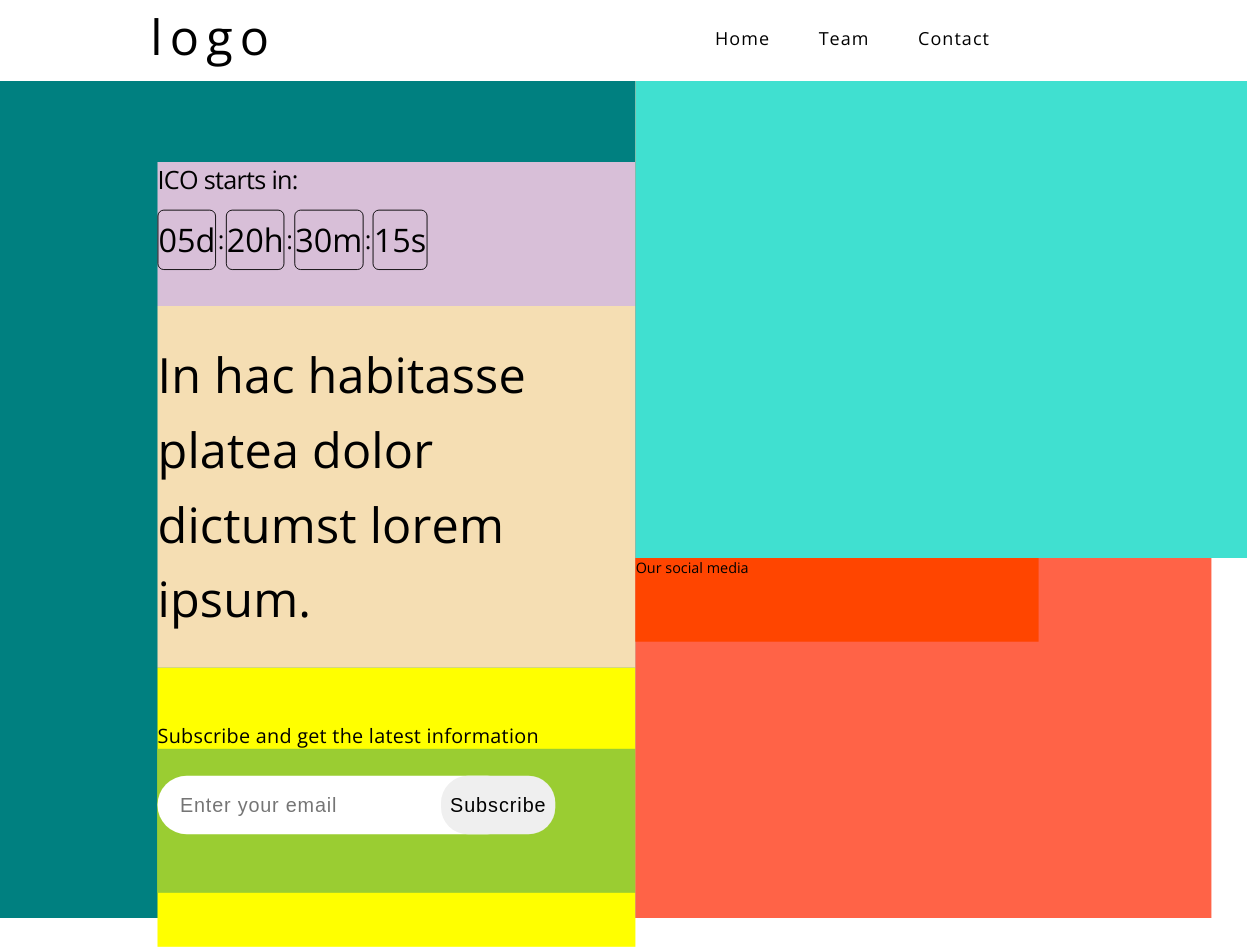
Repository: McGregorSt/newOne
Page: index.html
These files come from the project's save history. The page is drawn as it stood at one moment and after a run of saves; the edit follows.
The browser window is 1280 px wide. The page is 1386 px wide, so the pictures cover 1386 px, including what lies to the right of the window. The pictures show the whole page, at 90% of full size.

Above is the page before, as saved 2019-12-13 18:43:40.

After the next 2 saves:
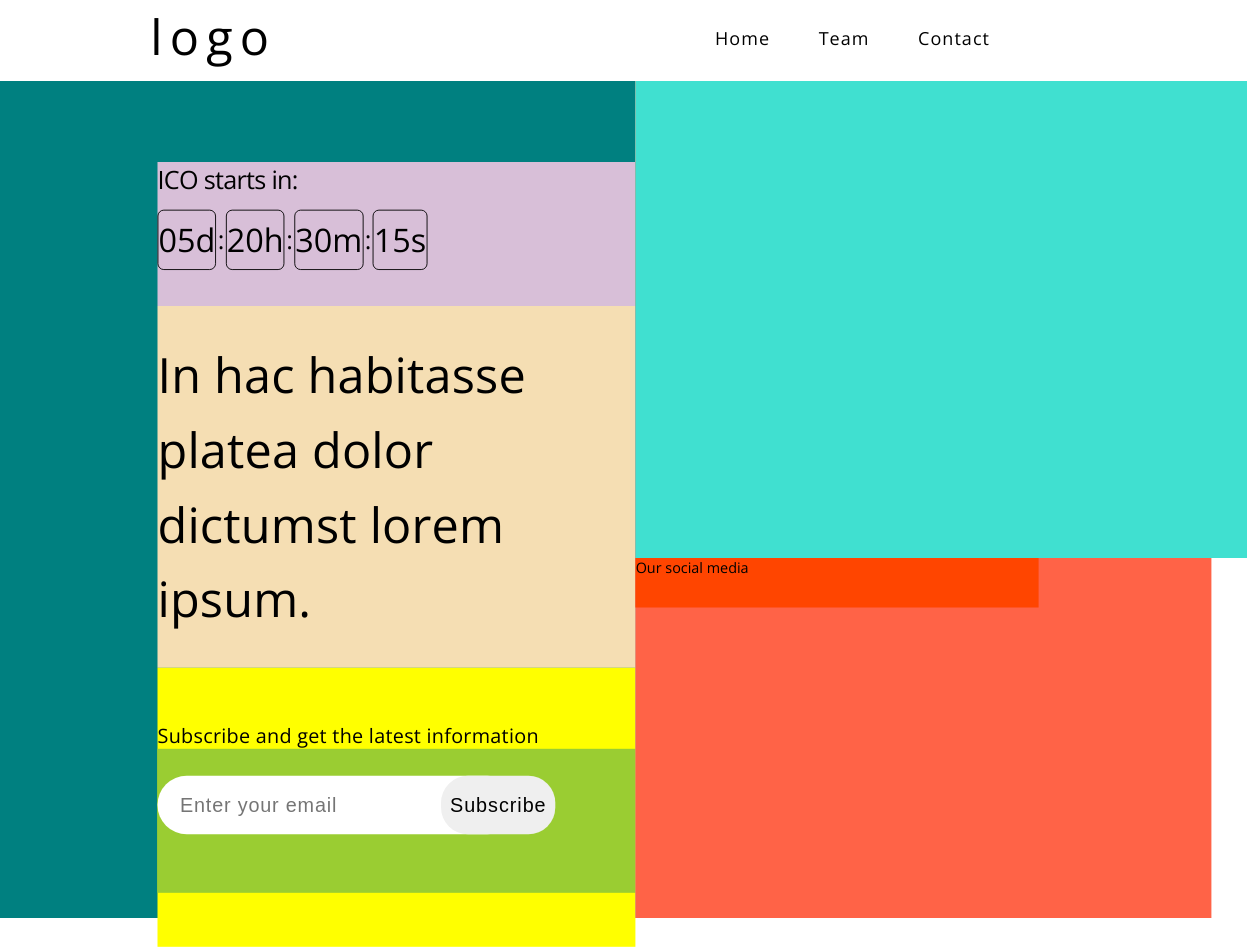
The 2 saves are shown as one change because they came seconds apart.
The last was saved 5 s later.
--- a/index.html
+++ b/index.html
@@ -43,8 +43,6 @@
       </div>
       <div class="media">
         <div class="media__media">
-
-        </div>
           <div class="media__player"></div>
           <div class="media__social">
             <span class="media__social__header">Our social media</span>
@@ -53,6 +51,7 @@
             <div class="media__social__md"></div>
             <div class="media__social__gh"></div>
             <div class="media__social__mail"></div>
+        </div>
         </div>
       </div>
     </section>
